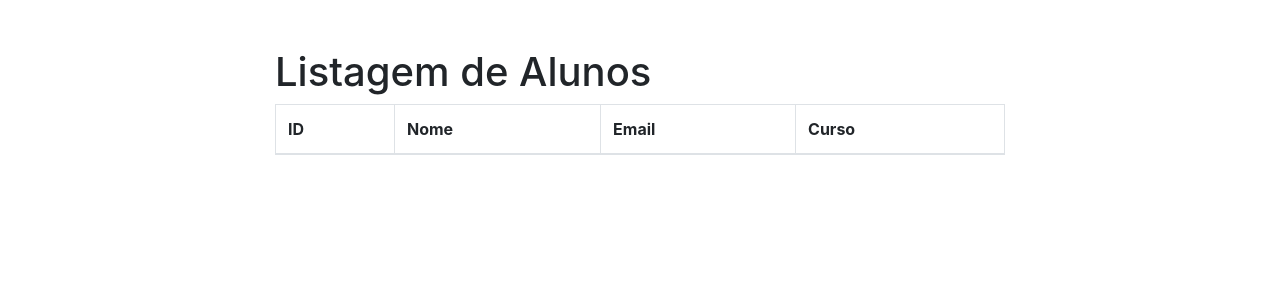
Repository: IrisRPerrorni/APIFullstackGerenciamentoEscolar
Page: Front/lista_alunos.html
These files come from the project's save history. The page is drawn as it stood at one moment and after the next save; the edit follows.
The browser window is 1280 px wide. The pictures show the whole page.
The page's requests for data from a server got no answer. Some web libraries are served in a nearby version.

Above is the page before, as saved 2023-09-22 15:40:56.

After the next save:
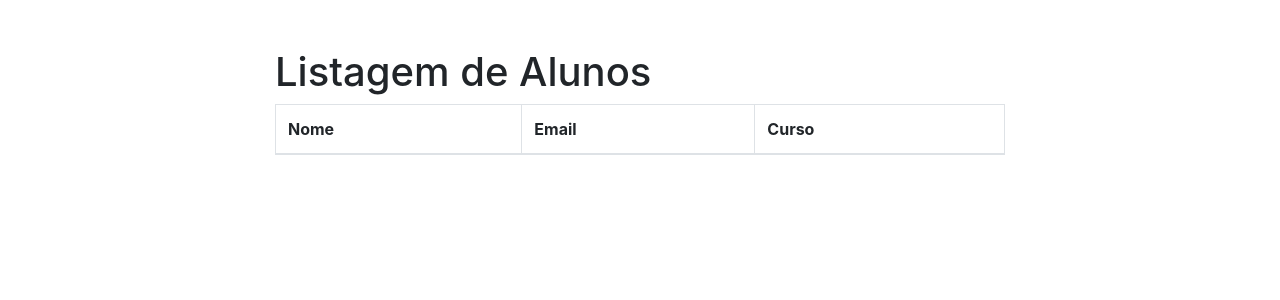
Saved 19 s later.
--- a/Front/lista_alunos.html
+++ b/Front/lista_alunos.html
@@ -16,7 +16,7 @@
             <table class="table table-bordered table-striped">
                 <thead>
                     <tr>
-                        <th>ID</th>
+
                         <th>Nome</th>
                         <th>Email</th>
                         <th>Curso</th>
